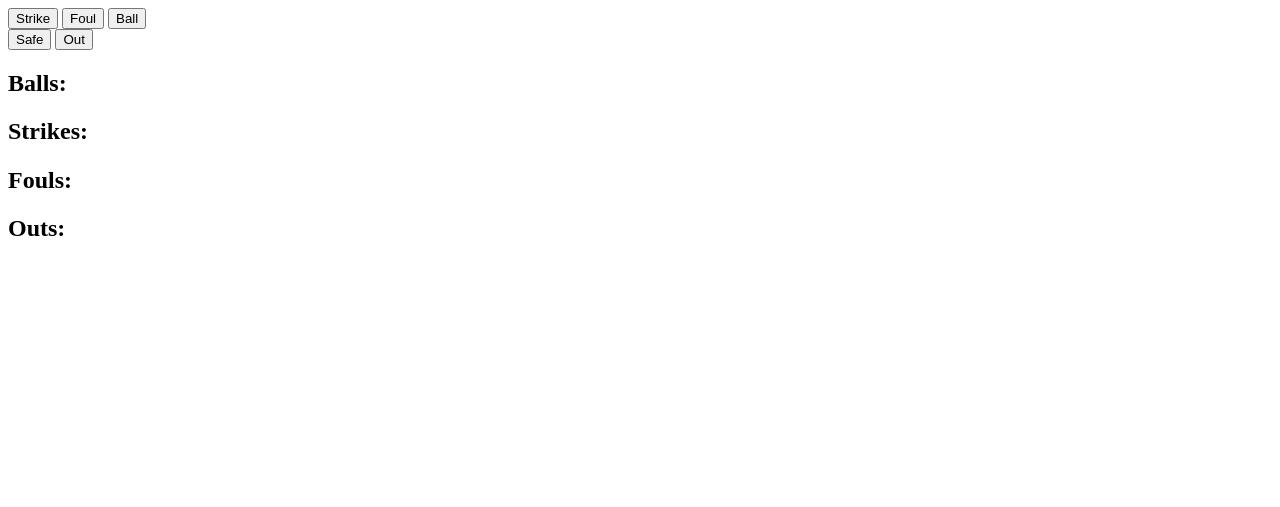
Repository: ohall/kickball_complete
Page: Ref_App/assets/www/index.html
The author's editor kept a copy of each file at every save. The page is drawn from the files as they stood at one save, then again after the next save.
The browser window is 1280 px wide. The pictures show the whole page.

Above is the page before, as saved 2011-11-10 22:40:18.

### Ref_App/assets/www/index.html
<!DOCTYPE HTML>
<html>
<head>
	<meta charset="utf-8" />
	<title>PhoneGap</title>
	<script type="text/javascript" charset="utf-8" src="ref_app.js"></script>
</head>


<body>

	<div>
		<input type="button" id="strikeButton" value="Strike"/>
		<input type="button" id="foulButton" value="Foul"/>
		<input type="button" id="ballButton" value="Ball"/>
	</div>
	<div >
		<input type="button" id="runnerSafeButton" value="Safe" />
		<input type="button" id="runnerOutButton" value="Out"/>
	</div>
	<div>
		<h2>Balls: </h1><h1 id="ballsCount"/>
	</div>
	<div>
		<h2>Strikes: </h1><h1 id="strikesCount"/>
	</div>
	<div>
		<h2>Fouls: </h1><h1 id="foulsCount"/>
	</div>
	<div>
		<h2>Outs: </h1><h1 id="outsCount"/>
	</div>


</body>

</html>

### Ref_App/assets/www/ref_app.js
window.onload = init;

var balls = 0;
var strikes = 0;
var fouls = 0;
var outs = 0;

var strikeButton = document.getElementById("strikeButton");
var foulButton = document.getElementById("foulButton");
var ballButton = document.getElementById("ballButton");
var runnerSafeButton = document.getElementById("runnerSafeButton");
var runnerOutButton = document.getElementById("runnerOutButton");

function init(){
	strikeButton = document.getElementById("strikeButton");
	strikeButton.onclick = strikeButtonClick;
	foulButton = document.getElementById("foulButton");
	foulButton.onclick = foulButtonClick;
	ballButton = document.getElementById("ballButton");
	ballButton.onclick = ballButtonClick;
	runnerSafeButton = document.getElementById("runnerSafeButton");
	runnerSafeButton.onclick = runnerSafeButtonClick;
	runnerOutButton = document.getElementById("runnerOutButton");
	runnerOutButton.onclick = runnerOutButtonClick;
}

function strikeButtonClick() {
	balls++;
	setCountDisplay();
}
function foulButtonClick() {
	fouls++;
	setCountDisplay();
}
function ballButtonClick() {
	balls++;
	setCountDisplay();
}
function runnerSafeButtonClick() {
	resetCount();
	setCountDisplay();
}
function runnerOutButtonClick() {
	outs++;
	resetCount();
}

function setCountDisplay() {
	var ballDisplay = document.getElementById("ballsCount");
	ballDisplay.innerHTML = balls;
	var strikeDisplay = document.getElementById("strikesCount");
	strikeDisplay.innerHTML = strikes;
	var foulsDisplay = document.getElementById("foulsCount");
	foulsDisplay.innerHTML = fouls;
	var outsDisplay = document.getElementById("outsCount");
	outsDisplay.innerHTML = outs;
}

function resetCount() {
	balls = 0;
	strikes = 0;
	fouls = 0;
	setCountDisplay();
}

function newInningCount() {
	resetCount();
	outs = 0;
}






function hbclick() {

    var textinput = document.getElementById("inputText");
    var itemname = textinput.value;

    var listItem = document.createElement("li");
    listItem.innerHTML = itemname;

    var list = document.getElementById("list");
    list.appendChild(listItem);


}

After the next save:
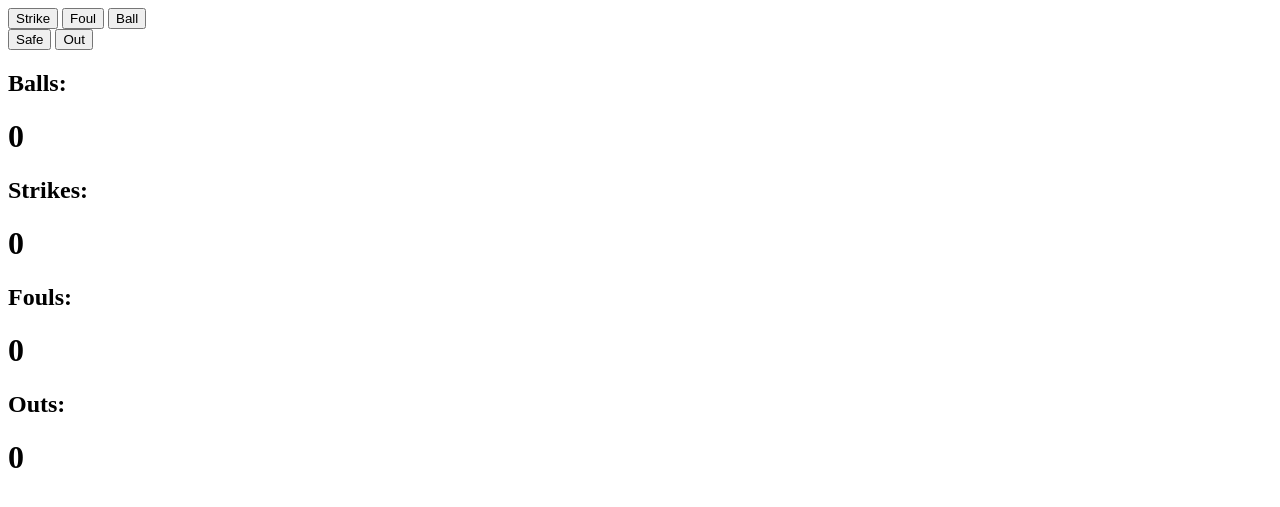
Saved 59 s later.
--- a/Ref_App/assets/www/index.html
+++ b/Ref_App/assets/www/index.html
@@ -19,16 +19,16 @@
 		<input type="button" id="runnerOutButton" value="Out"/>
 	</div>
 	<div>
-		<h2>Balls: </h1><h1 id="ballsCount"/>
+		<h2>Balls: </h1><h1 id="ballsCount">0</h1>
 	</div>
 	<div>
-		<h2>Strikes: </h1><h1 id="strikesCount"/>
+		<h2>Strikes: </h1><h1 id="strikesCount">0</h1>
 	</div>
 	<div>
-		<h2>Fouls: </h1><h1 id="foulsCount"/>
+		<h2>Fouls: </h1><h1 id="foulsCount">0</h1>
 	</div>
 	<div>
-		<h2>Outs: </h1><h1 id="outsCount"/>
+		<h2>Outs: </h1><h1 id="outsCount">0</h1>
 	</div>
 
 
